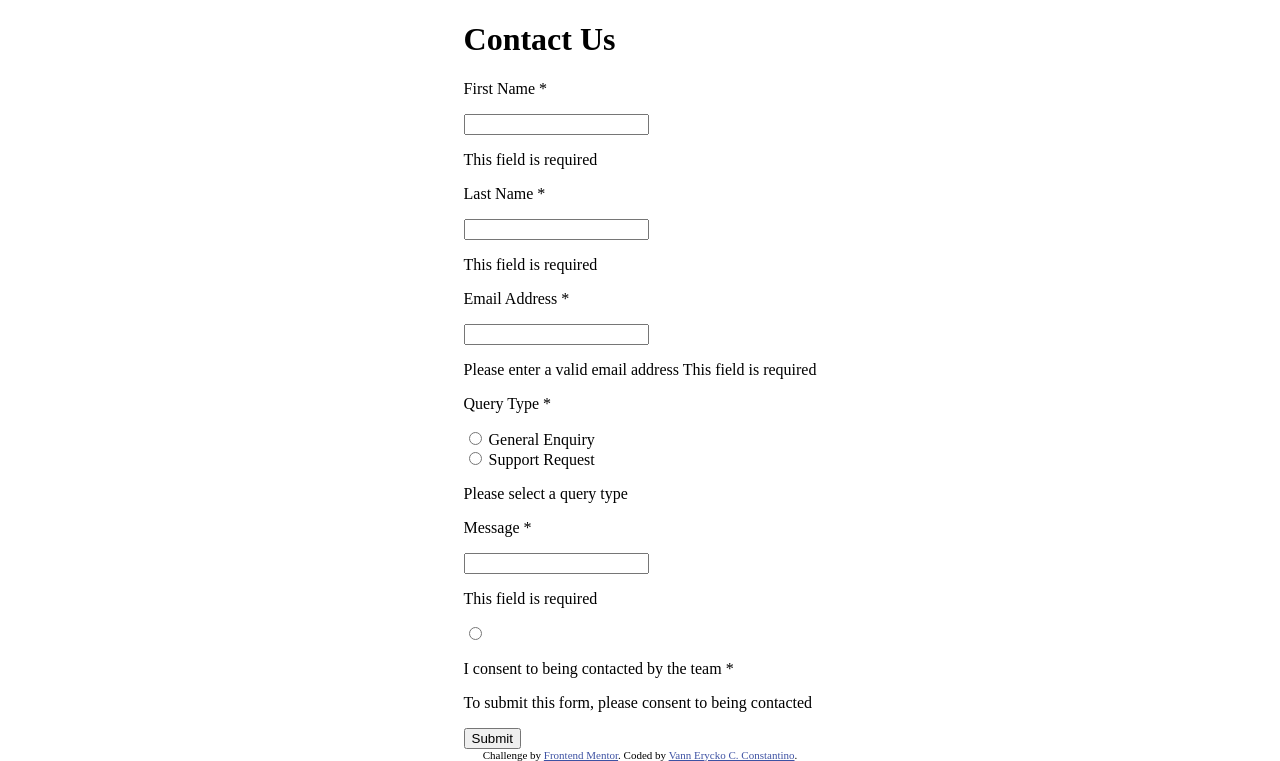
Repository: kocokoy/contact-form
Page: contact-form-main/index.html
These files come from the project's save history. The page is drawn as it stood at one moment and after the next save; the edit follows.
The browser window is 1280 px wide. The pictures show the whole page.

Above is the page before, as saved 2024-10-24 08:43:53.

### contact-form-main/index.html
<!DOCTYPE html>
<html lang="en">
<head>
  <meta charset="UTF-8">
  <meta name="viewport" content="width=device-width, initial-scale=1.0"> <!-- displays site properly based on user's device -->

  <link rel="icon" type="image/png" sizes="32x32" href="./assets/images/favicon-32x32.png">
  <link rel="stylesheet" href="/contact-form-main/styles/style.css">

  <title>Frontend Mentor | Contact form</title>

  <!-- Feel free to remove these styles or customise in your own stylesheet 👍 -->
  <style>
    .attribution { font-size: 11px; text-align: center; }
    .attribution a { color: hsl(228, 45%, 44%); }
  </style>
</head>
<body>
  <div class="container">
    <div class="contact-form-card">
      <h1 class="contact-us-header">
        Contact Us
      </h1>
      <div class="name-section">
        <div class="first-name-section">
          <p>
            First Name
            <span>*</span>
          </p>
          <input type="text" name="" id="">
          <p>
            This field is required
          </p>
        </div>
        <div class="last-name-section">
          <p>
            Last Name
            <span>*</span>
          </p>
          <input type="text" name="" id="">
          <p>
            This field is required
          </p>
        </div>
      </div>
      <div class="email-section">
        <p>Email Address  <span>*</span></p>
        <input type="text">
        <p>Please enter a valid email address
          This field is required</p>
      </div>
      <div class="query-type-section">
        <p>Query Type  <span>*</span></p>
        <div class="radio-query-type-section">
          <div>
            <input type="radio">
            General Enquiry
          </div>
          <div>
            <input type="radio">
            Support Request
          </div>
        </div>
        <p>Please select a query type</p>
      </div>
      <div class="message-section">
        <p>Message  <span>*</span></p>
        <input type="text">
        <p>This field is required</p>
      </div>
      <div class="consent-section">
        <div>
          <input type="radio">
          <p>I consent to being contacted by the team  <span>*</span></p>
        </div>
        <p> To submit this form, please consent to being contacted</p>
      </div>
      <div class="submit-btn-section">
        <button>
          Submit</button>
      </div>
    </div>
  </div>




  <!-- Message Sent!
  Thanks for completing the form. We'll be in touch soon! -->

  <div class="attribution">
    Challenge by <a href="https://www.frontendmentor.io?ref=challenge">Frontend Mentor</a>.
    Coded by <a href="#">Vann Erycko C. Constantino</a>.
  </div>
</body>
</html>

### contact-form-main/styles/style.css
:root{
  /* Primary */
  --Green200: hsl(148, 38%, 91%);
  --Green600: hsl(169, 82%, 27%);
  --Red:hsl(0, 66%, 54%);

  --White: hsl(0, 0%, 100%);
  --Grey500: hsl(186, 15%, 59%);
  --Grey900: hsl(187, 24%, 22%);
}

body{
  padding: 0;
  margin: 0;
}

.container{
  display: flex;
  align-items: center;
  justify-content: center;
}

After the next save:
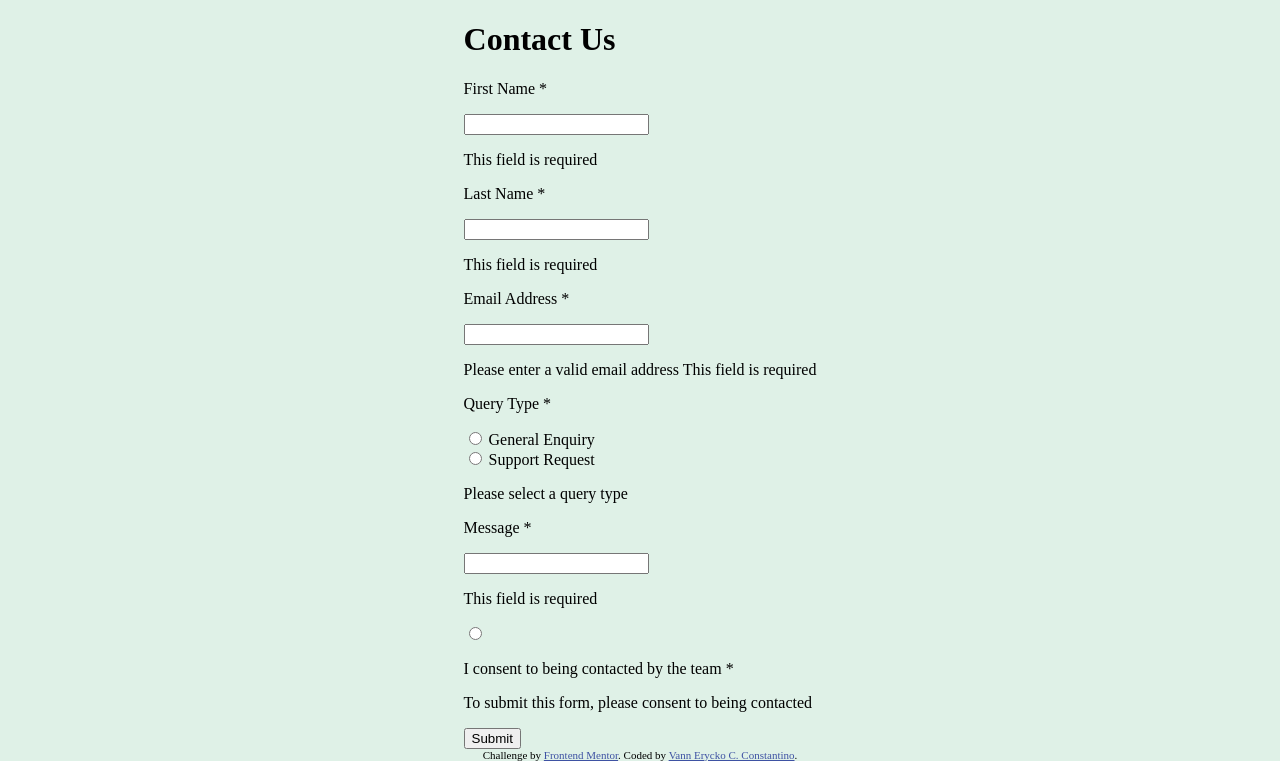
Saved 2 min 7 s later.
--- a/contact-form-main/styles/style.css
+++ b/contact-form-main/styles/style.css
@@ -12,6 +12,7 @@
 body{
   padding: 0;
   margin: 0;
+  background-color: var(--Green200);
 }
 
 .container{
